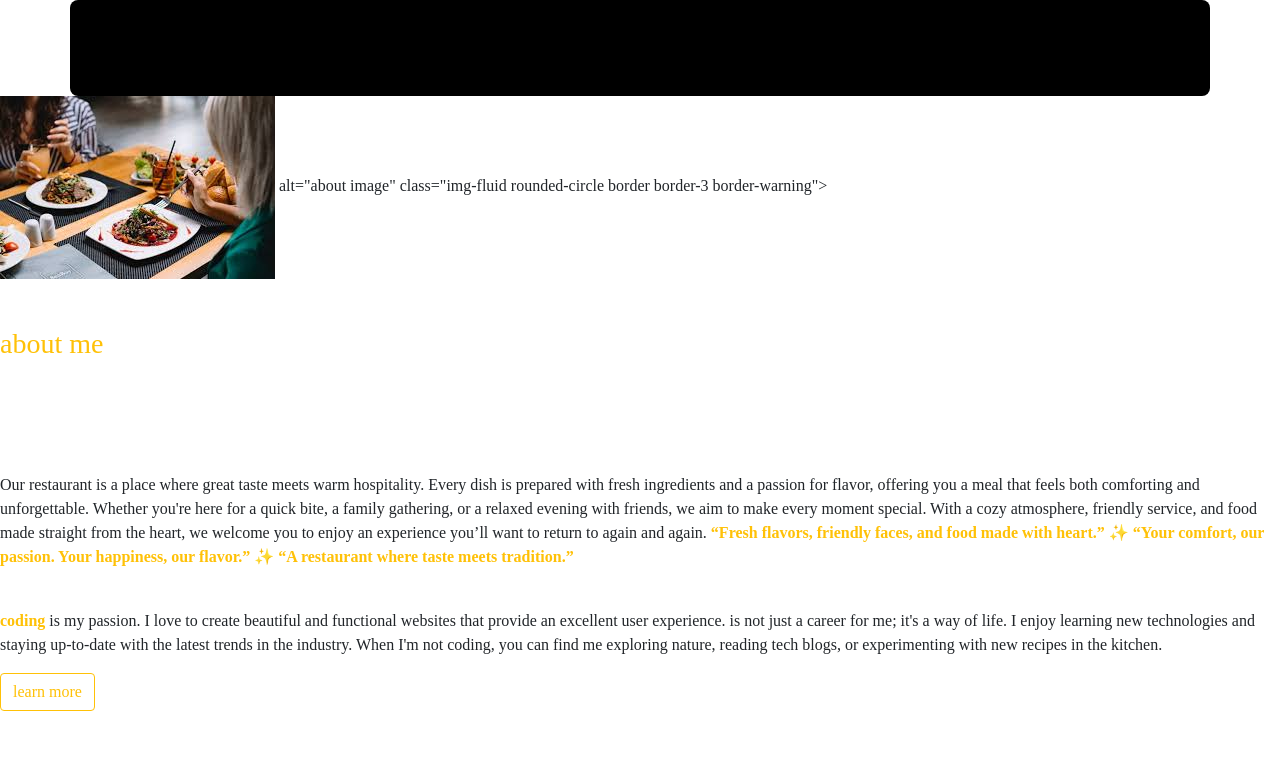
Repository: abeera518/part-2
Page: about.html
These files come from the project's save history. The page is drawn as it stood at one moment and after the next save; the edit follows.
The browser window is 1280 px wide. The pictures show the whole page.

Above is the page before, as saved 2025-11-20 23:24:20.

After the next save:
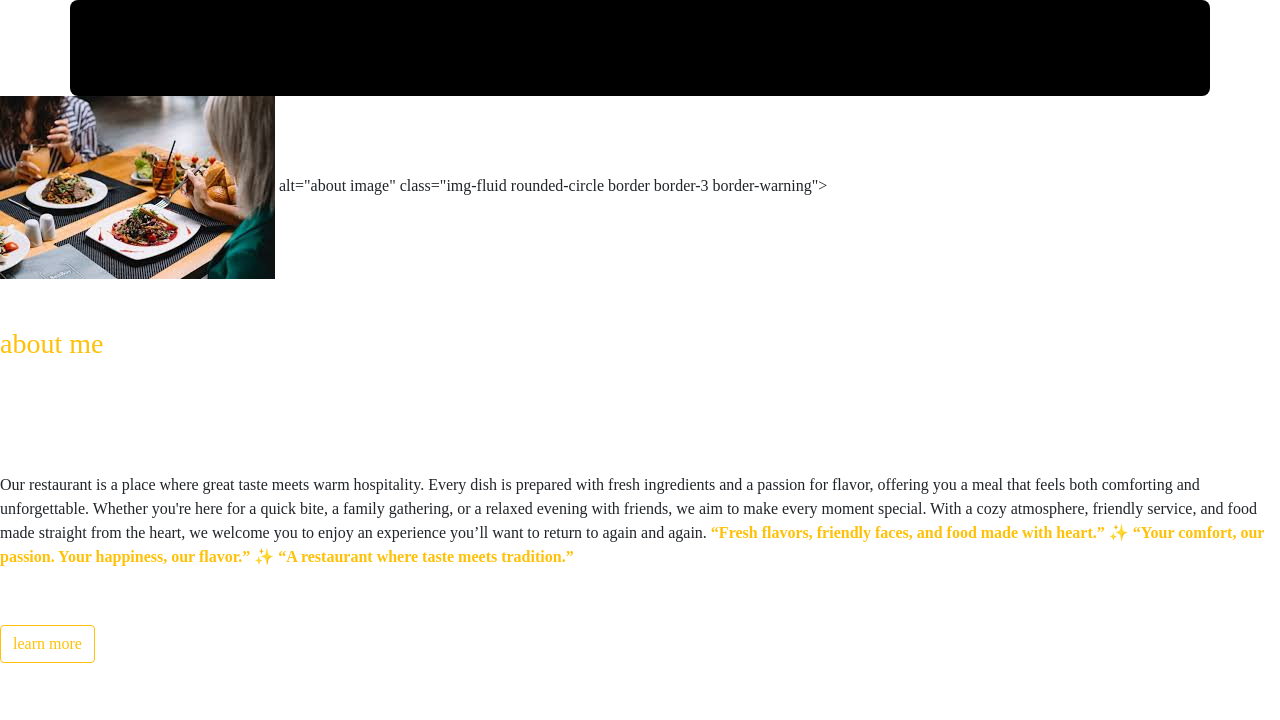
Saved 13 s later.
--- a/about.html
+++ b/about.html
@@ -33,11 +33,7 @@
     </p>
     <br />
     <p>
-        <b class="text-warning">coding</b> is my passion. I love to create beautiful and functional websites that
-        provide an excellent user experience.<b class="text-warning"></b> is not just a career for me; it's a way of
-        life. I enjoy learning new technologies and staying up-to-date with the latest trends in the industry. When I'm
-        not coding, you can find me exploring nature, reading tech blogs, or experimenting with new recipes in the
-        kitchen.
+        <b class="text-warning">
     </p>
     <button class="btn btn-outline-warning">learn more</button>
 </body>
